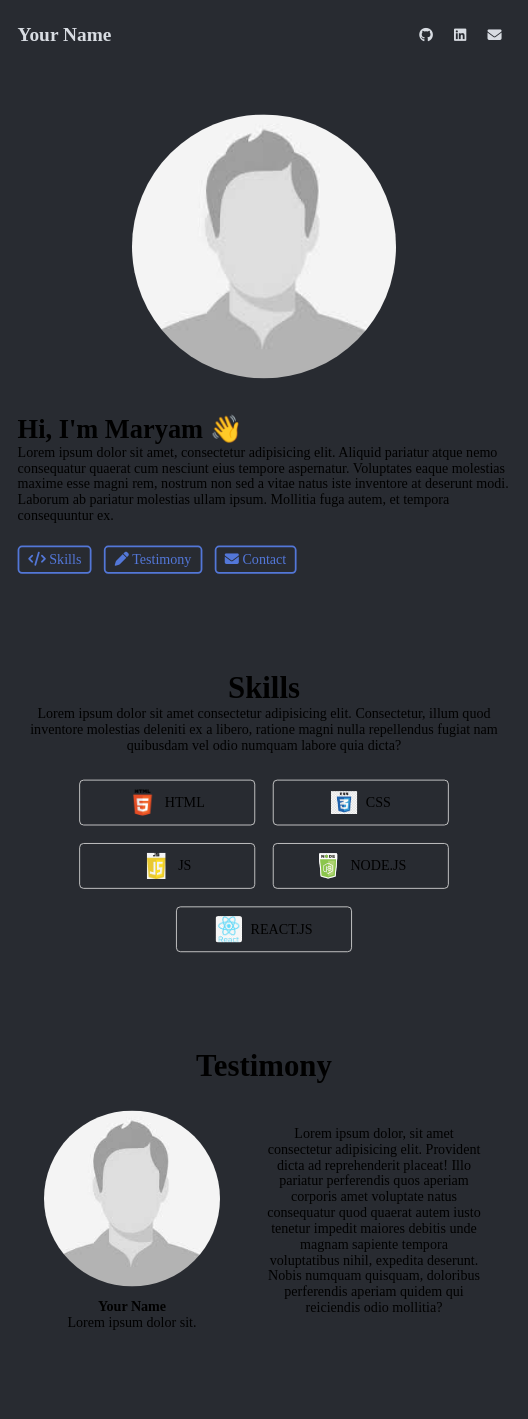
Repository: MaramMaryam/my-portfolio-test
Page: index.html
The author's editor kept a copy of each file at every save. The page is drawn from the files as they stood at one save, then again after the next save.
The browser window is 600 px wide. The pictures show the whole page, at 88% of full size.
Some web libraries are served in a nearby version.

Above is the page before, as saved 2024-09-20 19:19:51.

After the next save:
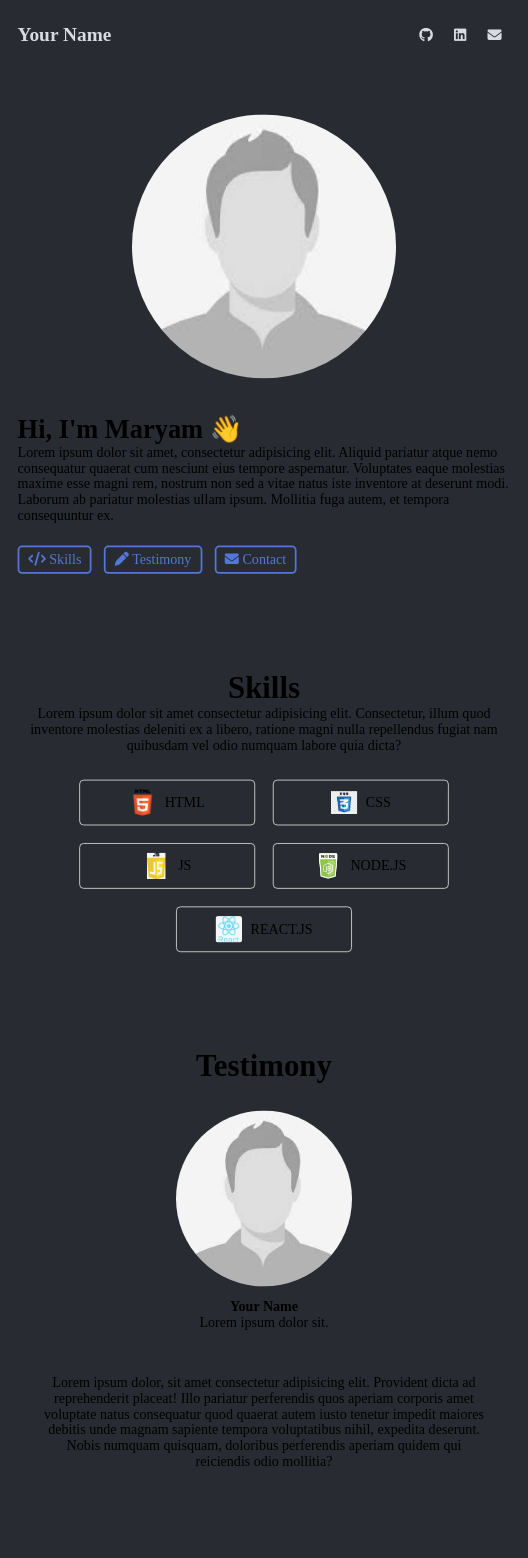
Saved 19 s later.
--- a/styles.css
+++ b/styles.css
@@ -183,7 +183,9 @@ nav .right a span {
   .testimony-section {
     text-align: center;
   }
-
+  .testimony-section .group {
+    flex-direction: column;
+  }
 }
 
 @media (max-width: 600px) {
